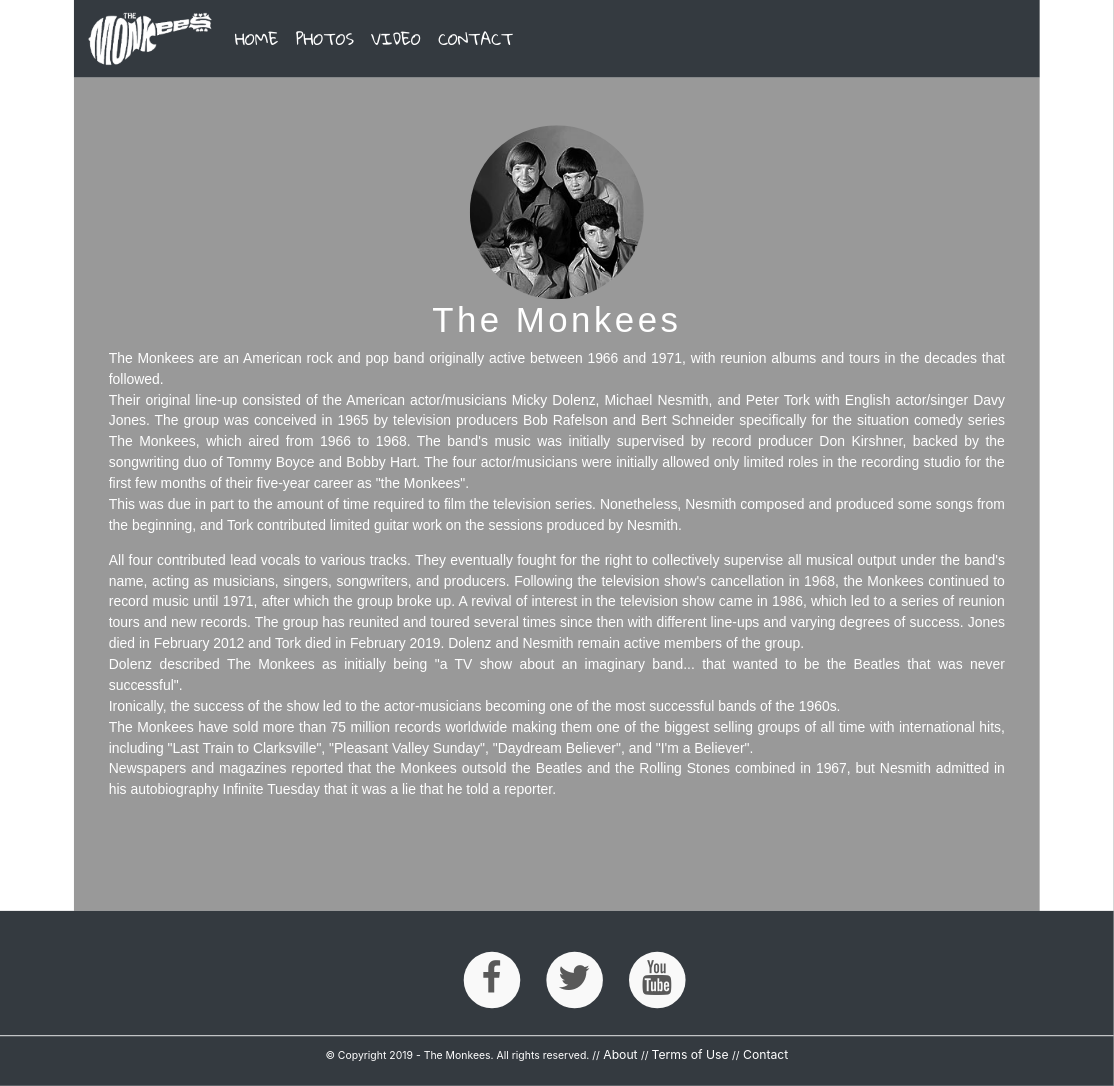
Repository: Code-Institute-Submissions/the_monkees-3
Page: about.html
The author's editor kept a record of every edit. The page is drawn from the files as they stood at one moment, then again after the next edit.
The browser window is 1280 px wide. The pictures show the whole page, at 87% of full size.
Some web libraries are served in a nearby version.

Above is the page before.

### about.html
<!DOCTYPE html>
<html lang="en">
<head>
    <meta charset="UTF-8">
    <meta name="viewport" content="width=device-width, initial-scale=1.0">
    <meta http-equiv="X-UA-Compatible" content="ie=edge">
    <script type="text/javascript" src="https://cdnjs.cloudflare.com/ajax/libs/jquery/2.1.3/jquery.min.js"></script>
    <script type="text/javascript" src="https://stackpath.bootstrapcdn.com/bootstrap/4.3.1/js/bootstrap.min.js"></script>
    <link rel="stylesheet" href="https://stackpath.bootstrapcdn.com/bootstrap/4.3.1/css/bootstrap.min.css" type="text/css" />
    <link rel="stylesheet" href="https://stackpath.bootstrapcdn.com/font-awesome/4.7.0/css/font-awesome.min.css" type="text/css" />
    <link rel="stylesheet" href="assets/css/style.css" type="text/css" />
    <title>Home|The Monkees</title>
</head>
<body>
  <div class=container>
  <header>
<!--------------------Navigation-->
    <nav class="navbar navbar-expand-sm bg-dark navbar-dark stroke">
      <a class="navbar-brand" href="index.html">
        <img src="assets/image/LOGO.png" id="logo-transparent" alt="logo" style="width:143px;">
      </a>
      <button type="button" class="navbar-toggler" data-toggle="collapse" data-target="#navbarCollapse">
        <span class="navbar-toggler-icon"></span>
      </button>

    <div class="collapse navbar-collapse" id="navbarCollapse">
      <ul class="navbar-nav">
        <li class="nav-item">
          <a class="nav-link " id="navbar-select-color" href="index.html">Home</a>
        </li>

        <li class="nav-item">
          <a class="nav-link" id="navbar-select-color2" href="photos.html">Photos</a>
        </li>
        <li class="nav-item">
          <a class="nav-link" id="navbar-select-color3" href="video.html">Video</a>
        </li>
        <li class="nav-item">
          <a class="nav-link" id="navbar-select-color4" href="contact.html">Contact</a>
        </li>
      </ul>
    </div>
    </nav>
  </header>
  <section>

  </section>
    <div class="box">
      <img src="assets/image/band.jpg" alt="" class="box-img">
      <h1>The Monkees</h1>
      <p>The Monkees are an American rock and pop band originally active between 1966 and 1971, with reunion albums and tours in the decades that followed.
      <br>Their original line-up consisted of the American actor/musicians Micky Dolenz, Michael Nesmith, and Peter Tork with English actor/singer Davy Jones.
      The group was conceived in 1965 by television producers Bob Rafelson and Bert Schneider specifically for the situation comedy series The Monkees, which aired from 1966 to 1968.
      The band's music was initially supervised by record producer Don Kirshner, backed by the songwriting duo of Tommy Boyce and Bobby Hart.

The four actor/musicians were initially allowed only limited roles in the recording studio for the first few months of their five-year career as "the Monkees".
<br>This was due in part to the amount of time required to film the television series. Nonetheless, Nesmith composed and produced some songs from the beginning, and Tork contributed limited guitar work on the sessions produced by Nesmith.
</p>
<p>All four contributed lead vocals to various tracks. They eventually fought for the right to collectively supervise all musical output under the band's name, acting as musicians, singers, songwriters, and producers.

Following the television show's cancellation in 1968, the Monkees continued to record music until 1971, after which the group broke up.
A revival of interest in the television show came in 1986, which led to a series of reunion tours and new records.
The group has reunited and toured several times since then with different line-ups and varying degrees of success.
Jones died in February 2012 and Tork died in February 2019. Dolenz and Nesmith remain active members of the group.
<br>
Dolenz described The Monkees as initially being "a TV show about an imaginary band... that wanted to be the Beatles that was never successful".
<br>Ironically, the success of the show led to the actor-musicians becoming one of the most successful bands of the 1960s. <br>
The Monkees have sold more than 75 million records worldwide making them one of the biggest selling groups of all time with international hits, including "Last Train to Clarksville", "Pleasant Valley Sunday", "Daydream Believer", and "I'm a Believer". <br>
Newspapers and magazines reported that the Monkees outsold the Beatles and the Rolling Stones combined in 1967, but Nesmith admitted in his autobiography Infinite Tuesday that it was a lie that he told a reporter.</p>
    </div>


  </section>
  </div>
<footer class="mainfooter bg-dark " role="contentinfo">
  <div class="footer-middle">
      <ul class="social-network social-circle">
             <li><a href="https://www.facebook.com/" class="icoFacebook" title="Facebook"><i class="fa fa-facebook"></i></a></li>
             <li><a href="https://twitter.com/" class="icoTwitter" title="Twitter"><i class="fa fa-twitter"></i></a></li>
             <li><a href="https://www.youtube.com" class="icoYoutube" title="Youtube"><i class="fa fa-youtube"></i></a></li>

      </ul>
	<div class="col-md-12 copy">
			<p class="text-center">&copy; Copyright 2019 - The Monkees.  All rights reserved. //<a href="about.html"> About </a> // <a href="terms_of_use.html"> Terms of Use </a> //<a href="contact.html"> Contact </a></p>

	</div>
  </div>
</footer>

</body>
</html>

Loaded but not shown: assets/css/style.css (1064 lines, source omitted)

After the next edit:
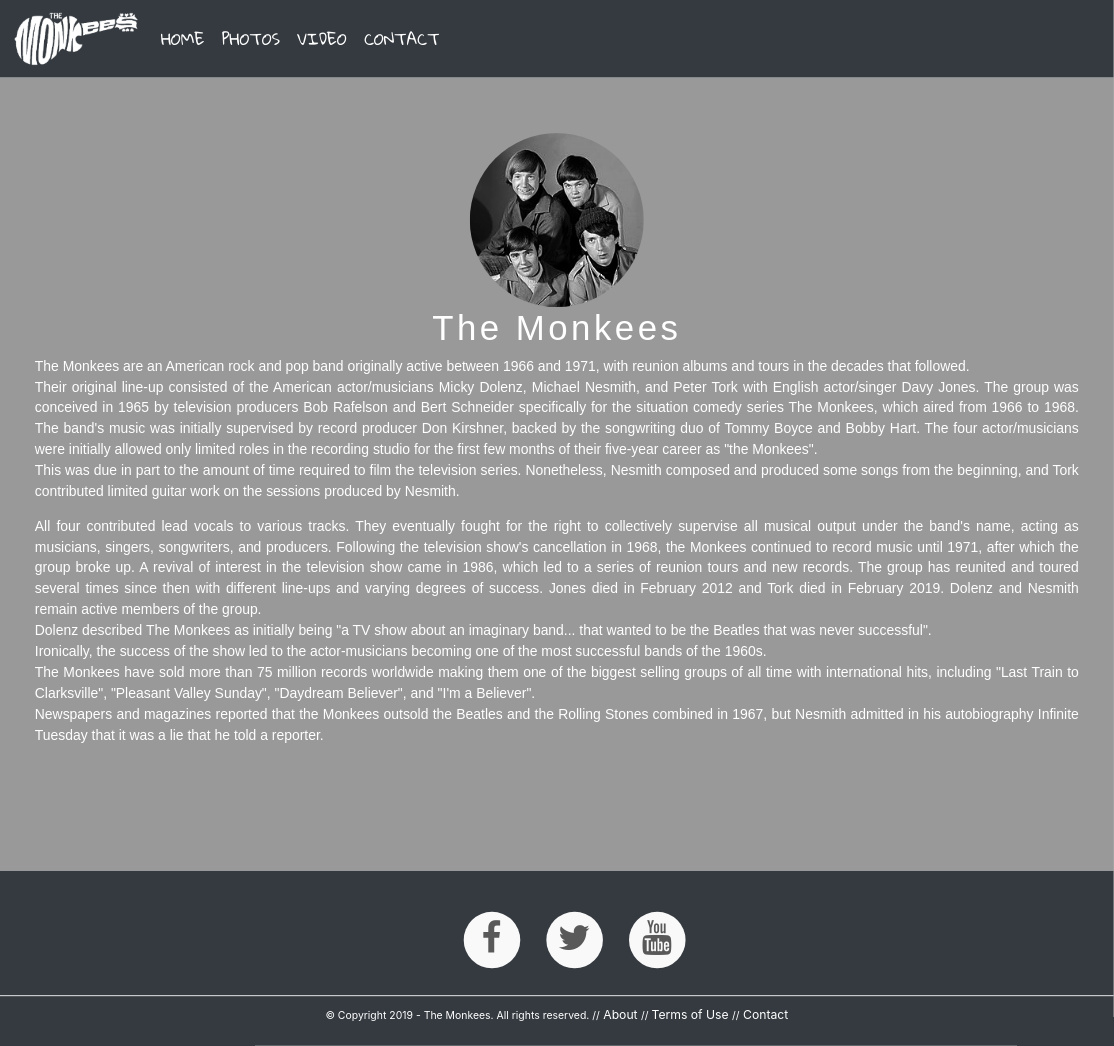
The edit:
--- a/about.html
+++ b/about.html
@@ -12,7 +12,7 @@
     <title>Home|The Monkees</title>
 </head>
 <body>
-  <div class=container>
+
   <header>
 <!--------------------Navigation-->
     <nav class="navbar navbar-expand-sm bg-dark navbar-dark stroke">
